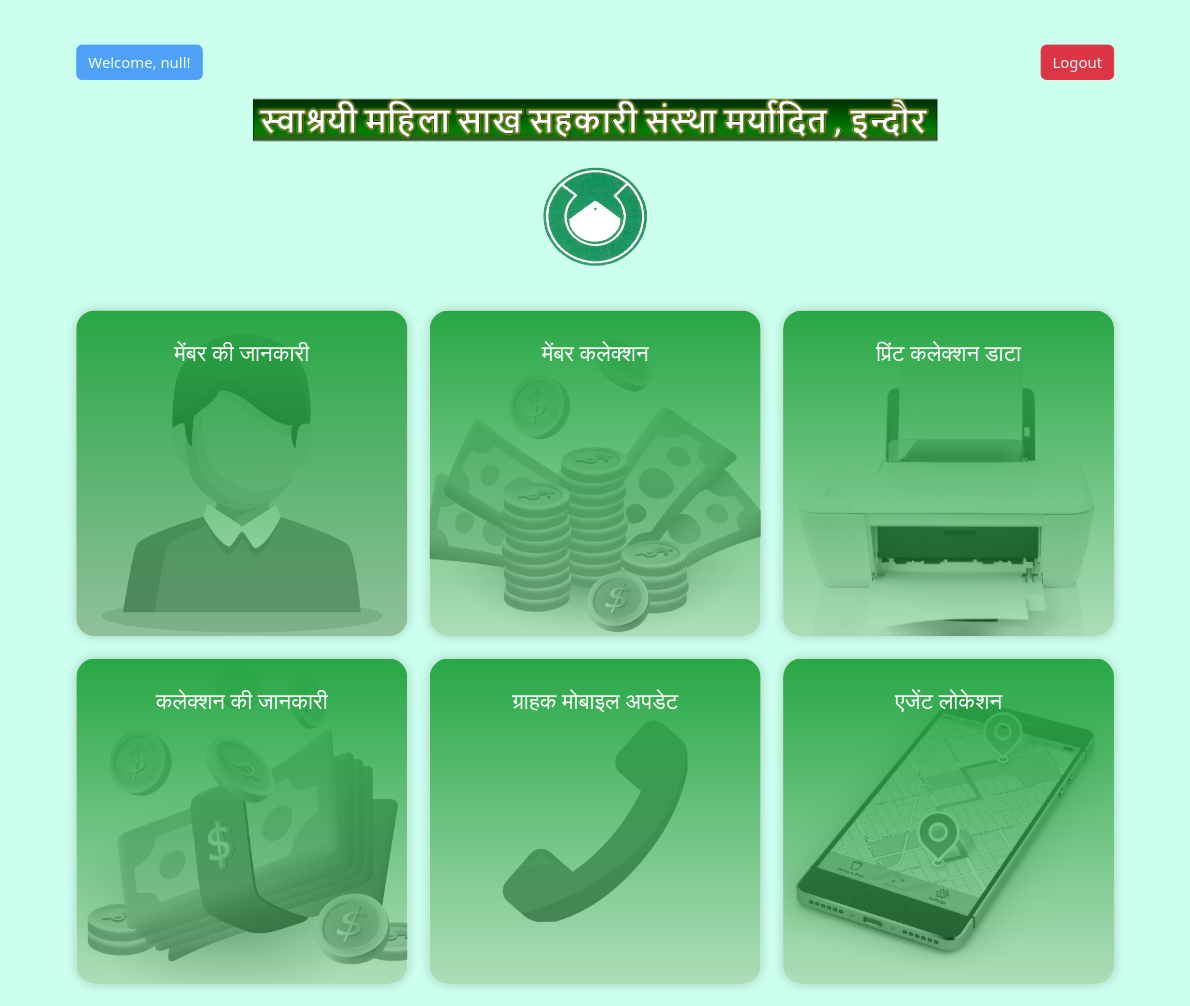
Repository: AbhiheckC/WebProjectSpringBoot
Page: http://localhost/Home
An editor plug-in stored every save of this project. The page is shown before and after the next save, followed by the edit.
The browser window is 1280 px wide. The pictures show the whole page, at 93% of full size.
The page is this project's Thymeleaf template; nobody is signed in. The template is opened directly, without the code that normally fills it, so the values that code supplies are empty.

Above is the page before, as saved 2023-06-17 06:16:10.

After the next save:
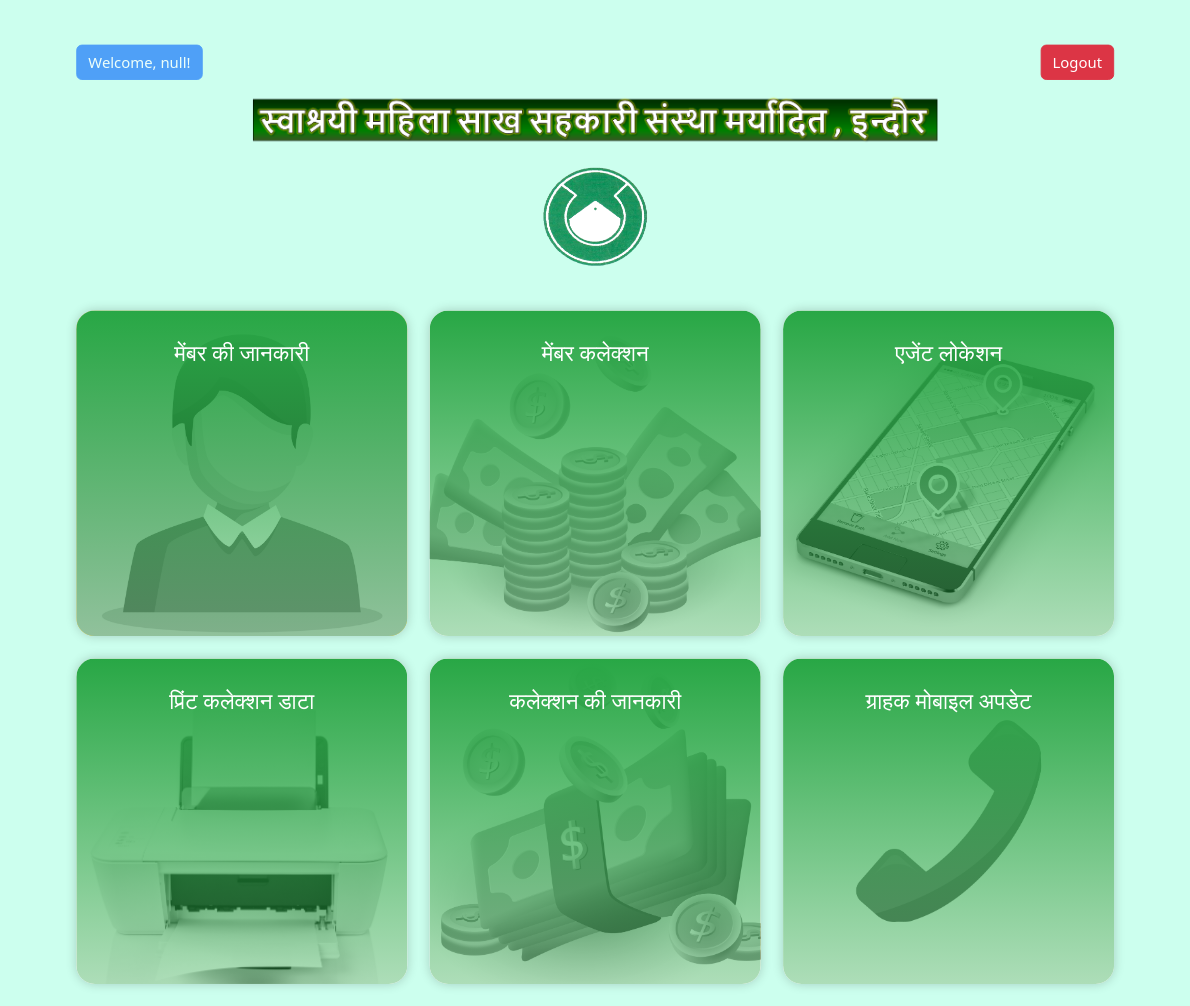
Saved 24 s later.
--- a/webproject/src/main/resources/templates/Home.html
+++ b/webproject/src/main/resources/templates/Home.html
@@ -45,6 +45,23 @@
 								<div class="card-body">
 
 									<h4 class="card-title text-center ">मेंबर कलेक्शन</h4>
+
+								</div>
+
+							</div>
+						</div>
+						</a>
+					</div>
+					<div class="col-sm-6 col-md-6 col-lg-4 mb-4">
+						<a href="/myapp/viewAgentLocation">
+						<div class="card text-white card-has-bg click-col"
+							style="background-image:url('images/location.jpg');">
+							<img class="card-img d-none" src="images/location.jpg"
+								alt="image">
+							<div class="card-img-overlay d-flex flex-column">
+								<div class="card-body">
+
+									<h4 class="card-title text-center ">एजेंट लोकेशन</h4>
 
 								</div>
 
@@ -120,23 +137,7 @@
 						</div>
 						</a>
 					</div>
-					<div class="col-sm-6 col-md-6 col-lg-4 mb-4">
-						<a href="/myapp/viewAgentLocation">
-						<div class="card text-white card-has-bg click-col"
-							style="background-image:url('images/location.jpg');">
-							<img class="card-img d-none" src="images/location.jpg"
-								alt="image">
-							<div class="card-img-overlay d-flex flex-column">
-								<div class="card-body">
 
-									<h4 class="card-title text-center ">एजेंट लोकेशन</h4>
-
-								</div>
-
-							</div>
-						</div>
-						</a>
-					</div>
 					<!--
 					<div class="col-sm-6 col-md-6 col-lg-4 mb-4">
 						<a href="/viewAgent">
